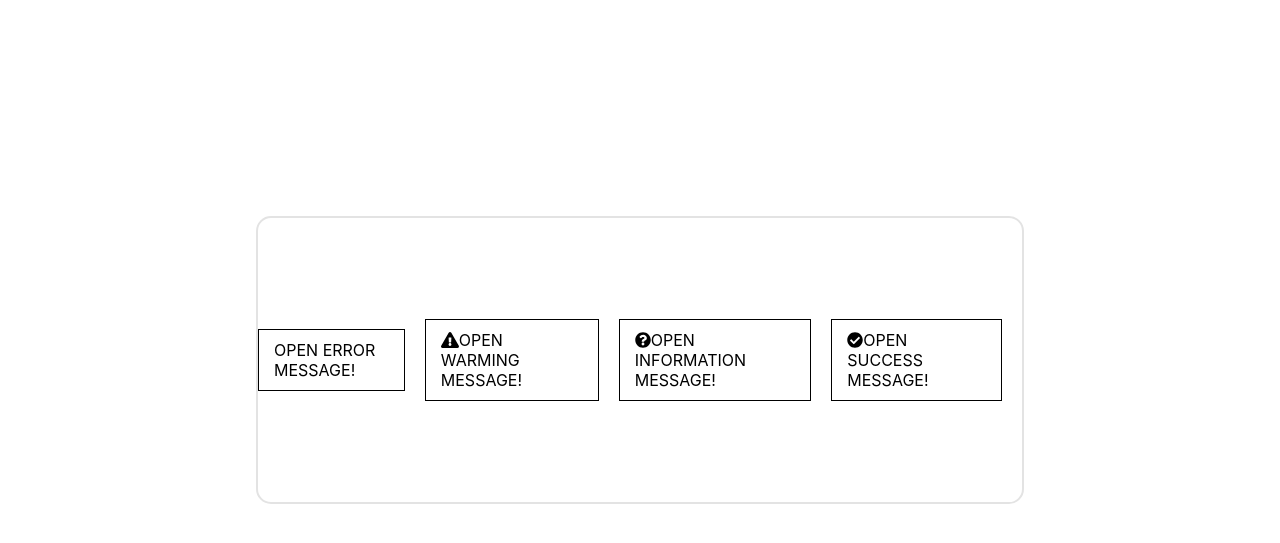
Repository: KrzysKolo/sr_tydzien5_zad2
Page: /, after clicking the first element matching `div.wrapper--btn > :nth-child(4)`
The author's editor kept a copy of each file at every save. The page is drawn from the files as they stood at one save, then again after the next save.
The browser window is 1280 px wide. The pictures show the whole page.
The project was rebuilt for these pictures with package versions that can differ from the ones it lists, and the page was loaded fresh each time.

Above is the page before, as saved 2020-12-21 17:01:36.

### public/index.html
<!DOCTYPE html>
<html lang="en">
  <head>
    <meta charset="utf-8" />
    <link rel="icon" href="%PUBLIC_URL%/favicon.ico" />
    <meta name="viewport" content="width=device-width, initial-scale=1" />
    <meta name="theme-color" content="#000000" />
    <meta
      name="description"
      content="Web site created using create-react-app"
    />
    <link rel="apple-touch-icon" href="%PUBLIC_URL%/logo192.png" />
    <!--
      manifest.json provides metadata used when your web app is installed on a
      user's mobile device or desktop. See https://developers.google.com/web/fundamentals/web-app-manifest/
    -->
    <link rel="manifest" href="%PUBLIC_URL%/manifest.json" />
    <!--
      Notice the use of %PUBLIC_URL% in the tags above.
      It will be replaced with the URL of the `public` folder during the build.
      Only files inside the `public` folder can be referenced from the HTML.

      Unlike "/favicon.ico" or "favicon.ico", "%PUBLIC_URL%/favicon.ico" will
      work correctly both with client-side routing and a non-root public URL.
      Learn how to configure a non-root public URL by running `npm run build`.
    -->
    <title>Zad 2 - snackbar</title>
  </head>
  <body>
    <noscript>You need to enable JavaScript to run this app.</noscript>
    <div id="root"></div>
    <!--
      This HTML file is a template.
      If you open it directly in the browser, you will see an empty page.

      You can add webfonts, meta tags, or analytics to this file.
      The build step will place the bundled scripts into the <body> tag.

      To begin the development, run `npm start` or `yarn start`.
      To create a production bundle, use `npm run build` or `yarn build`.
    -->
  </body>
</html>

### src/App.js
import React from 'react';
import Buttons from './components/Buttons';
import './App.css';
const App = () => {
  return (
    <div className="wrapper--btn">
      <Buttons />
    </div>
  )
}

export default App;

### src/components/Buttons.js
import React from 'react';
import PaletColors from './../colors/PaletColors';
import ButtonsData from './../data/ButtonsData';
import Button from './Button';

const Buttons = () => {
    return (
        <>
            {ButtonsData.map(button =>
                <Button key={button.id} data={button} />
            )}
        </>
    )
}

export default Buttons;

### src/App.css
* {
  box-sizing: border-box;
  margin: 0;
  position: relative;
}
body {
  width: 100vw;
  height: 100vh;
  display: flex;
  flex-direction: row;
  justify-content: center;
  align-items: center;
}
.wrapper--btn {
  border: 2px solid #e3e3e3;
  border-radius: 15px;
  width: 60vw;
  height: 40vh;
  display: flex;
  flex-direction: row;
  justify-content: center;
  align-items: center;
}
.btn {
  border: 1px solid black;
  padding: 10px 15px;
  margin-right: 20px;
}

### src/colors/PaletColors.js
const PaletColors = {
    "red": "rgb(244, 67, 54)",
    "orange": "rgb(255, 152, 0)",
    "blue": "rgb(33, 150, 243)",
    "green": "rgb(76, 175, 80)",
    "maroon": "rgb(124, 0, 0)",
    "navy": "rgb(44, 44, 96)",
    "white": "rgb(240, 239, 244)",
    "black": "rgb(0, 0, 0)",
};

  export default PaletColors;

### src/data/ButtonsData.js
const ButtonsData = [
    {
      id: 0,
      name: "OPEN ERROR MESSAGE!",
      event: "handleClickError",
      color: "PaletColor.red",
      icon: "faExclanationCircle"
    },
    {
      id: 1,
      name: "OPEN WARMING MESSAGE!",
      event: "handleClickWarming",
      color: "PaletColor.orange",
      icon: "faExclamationTriangle",
    },
    {
      id: 2,
      name: "OPEN INFORMATION MESSAGE!",
      event: "handleClickInformation",
      color: "PaletColor.blue",
      icon: "faQuestionCircle",
    },
    {
      id: 3,
      name: "OPEN SUCCESS MESSAGE!",
      event: "handleClickSuccess",
      color: "PaletColor.green",
      icon: "faCheckCircle",
    },

  ]
 export default ButtonsData;

### src/components/Button.js
import React from 'react';
import Icons from './Icons';
import PaletColors from './../colors/PaletColors';
import { FontAwesomeIcon } from '@fortawesome/react-fontawesome';
import { faCheckCircle } from '@fortawesome/free-solid-svg-icons';

const Button = ({data}) => {


    return (
        <div className="btn">
            <Icons icon={data.icon}/>
             {data.name}
        </div>
    )
}

export default Button;

### src/components/Icons.js
import React from 'react';
import { FontAwesomeIcon } from '@fortawesome/react-fontawesome';
import { faCheckCircle, faQuestionCircle, faExclamationTriangle, faExclamationCircle } from '@fortawesome/free-solid-svg-icons';

const Icons = ({icon}) => {

        switch (icon) {

            case 'faExclamationCircle': return <FontAwesomeIcon icon={faExclamationCircle} />;
            case 'faExclamationTriangle': return <FontAwesomeIcon icon={faExclamationTriangle} />;
            case 'faQuestionCircle': return <FontAwesomeIcon icon={faQuestionCircle} />;
            case 'faCheckCircle': return <FontAwesomeIcon icon={faCheckCircle} />;
            default: return null;
            }



}

export default Icons;

Loaded but not shown: src/index.js (common file); src/index.css (common file)

After the next save:
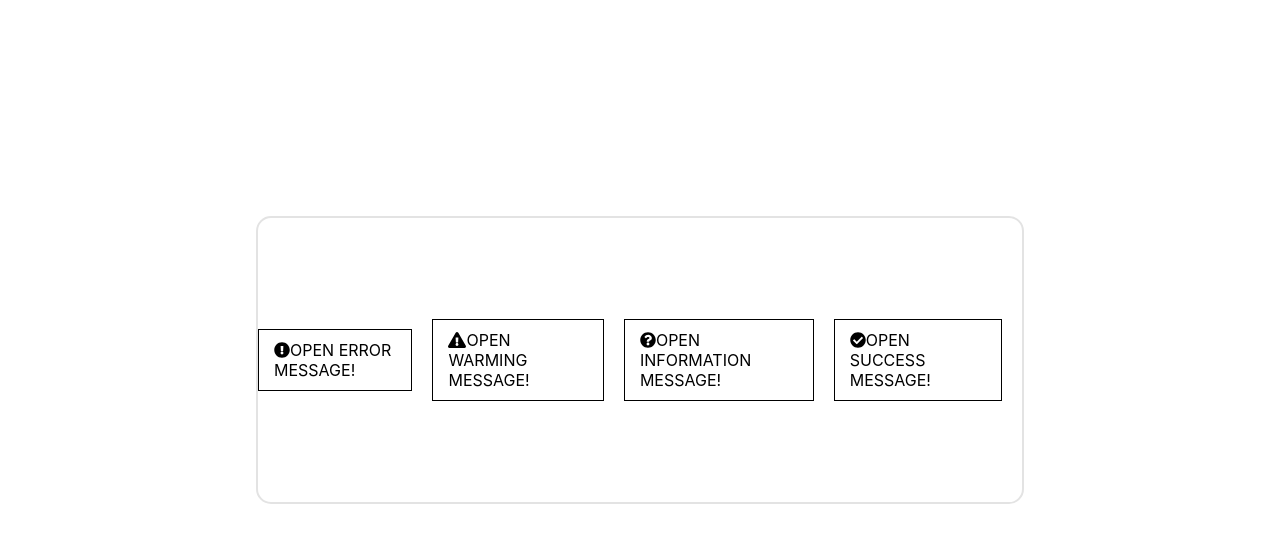
Saved 6 s later.
--- a/src/data/ButtonsData.js
+++ b/src/data/ButtonsData.js
@@ -4,7 +4,7 @@ const ButtonsData = [
       name: "OPEN ERROR MESSAGE!",
       event: "handleClickError",
       color: "PaletColor.red",
-      icon: "faExclanationCircle"
+      icon: "faExclamationCircle"
     },
     {
       id: 1,
